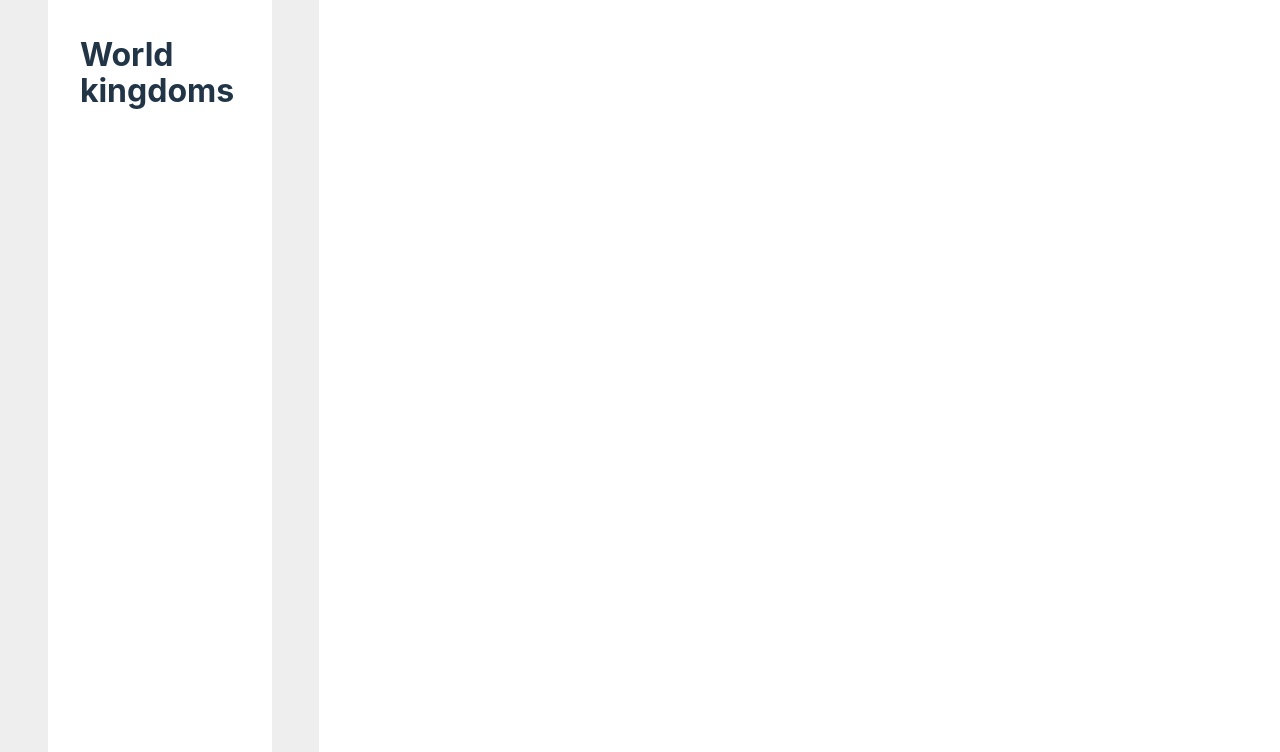
Repository: SamanthaYan298/my_world_kingdoms
Page: /
An editor plug-in stored every save of this project. The page is shown before and after the next save, followed by the edit.
The browser window is 1280 px wide. The pictures show the whole page.
The page's requests for data from a server got no answer. The project was rebuilt for these pictures with package versions that can differ from the ones it lists, and the page was loaded fresh each time. No one was signed in, and anything a server would have sent is missing. Also part of the build but not shown: vite.config.js.

Above is the page before, as saved 2024-11-20 18:00:53.

After the next save:
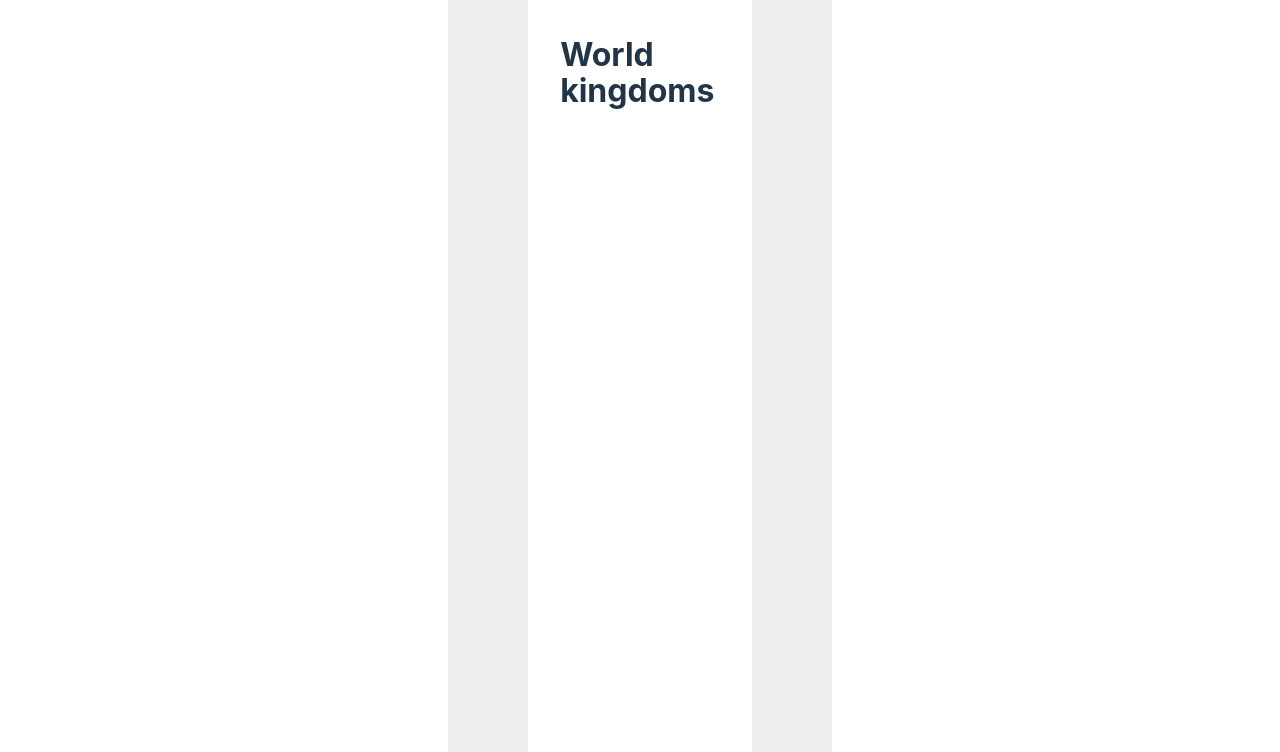
Saved 60 s later.
--- a/src/App.css
+++ b/src/App.css
@@ -1,8 +1,10 @@
 #root {
+  max-width: 1280px;
+  margin: 0 auto;
+  padding: 0 2rem;
+  text-align: center;
   background: #eee;
-  margin: 0;
 }
-
 
 h1 {
   display: block;
